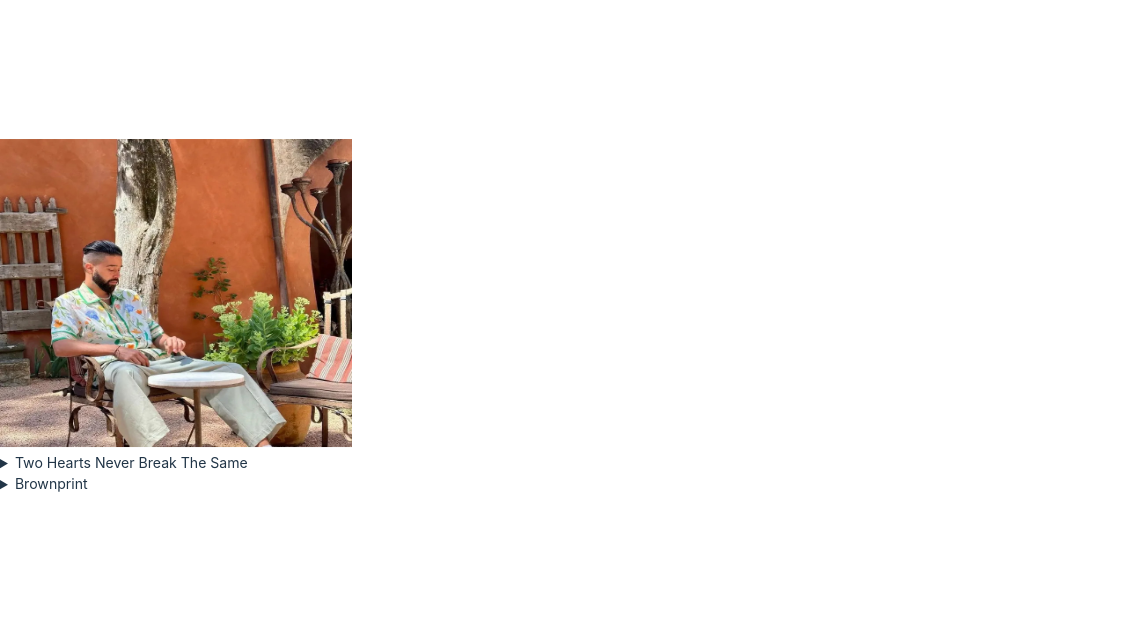
Repository: GavinPahal/my_app
Page: / (app in react/)
An editor plug-in stored every save of this project. The page is shown before and after the next save, followed by the edit.
The browser window is 1280 px wide. The pictures show the whole page, at 88% of full size.
The project was rebuilt for these pictures with package versions that can differ from the ones it lists, and the page was loaded fresh each time. Also part of the build but not shown: react/vite.config.js.

Above is the page before, as saved 2024-09-14 11:31:51.

### react/src/App.jsx
import { useState } from 'react'
import ap from '/Untitled-34.jpg'
import './App.css'

function App() {
  return (
    <>

    <img src={ap} alt="Vite logo" width={400} height={350}/>
      <details name="reqs">

  <summary>Two Hearts Never Break The Same</summary>
  <ol>
    <li>All Night(Live)</li>
    <li>Hills</li>
    <li>SummerHigh</li>
    <li>Wo Noor</li>
    <li>Dil Nu</li>
  </ol>
</details>
<details name="reqs">
  <summary>Brownprint</summary>
  <ol>
    <li>Brownprint</li>
    <li>315</li>
    <li>Old Money</li>
    <li>Losing Myself</li>
    <li>Distance</li>
    <li>After Midnight</li>
    <li>Bora Bora</li>
    <li>Sweet Flower</li>
    <li>To Be Contuined</li>
  </ol>
</details>

    </>
  )
}

export default App

### react/src/App.css
.image{
  display: flex;
  padding-top: 10rem;
  padding-left: 2rem;
}


.album{
padding-left: 40rem;
padding-bottom: 50rem;
padding-right: 20rem;
}

Loaded but not shown: react/index.html (common file); react/src/main.jsx (common file); react/src/index.css (common file)

After the next save:
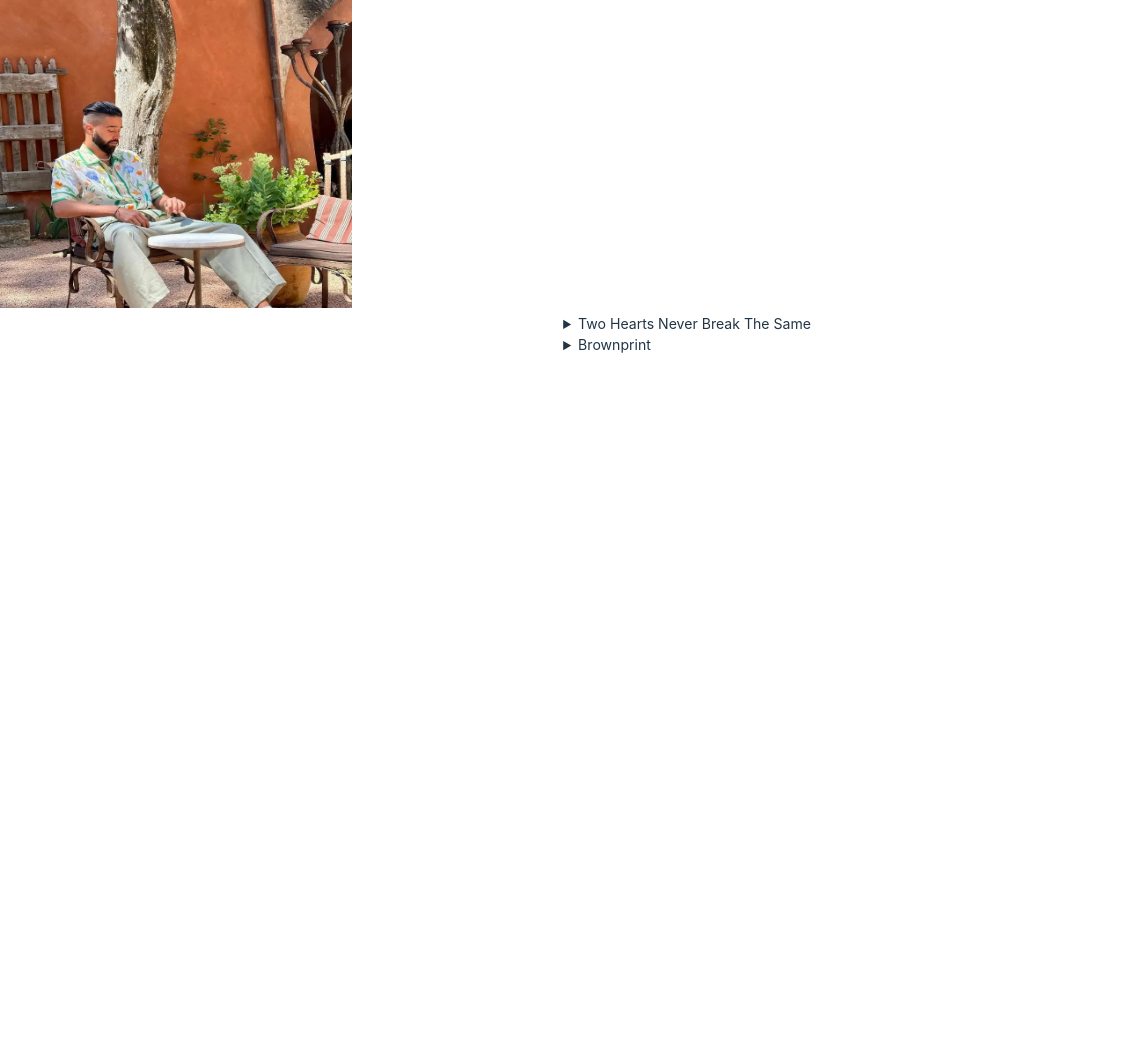
Saved 6 s later.
--- a/react/src/App.jsx
+++ b/react/src/App.jsx
@@ -7,8 +7,8 @@
     <>
 
     <img src={ap} alt="Vite logo" width={400} height={350}/>
+   <div className='album'>
       <details name="reqs">
-
   <summary>Two Hearts Never Break The Same</summary>
   <ol>
     <li>All Night(Live)</li>
@@ -32,7 +32,7 @@
     <li>To Be Contuined</li>
   </ol>
 </details>
-
+</div>
     </>
   )
 }
